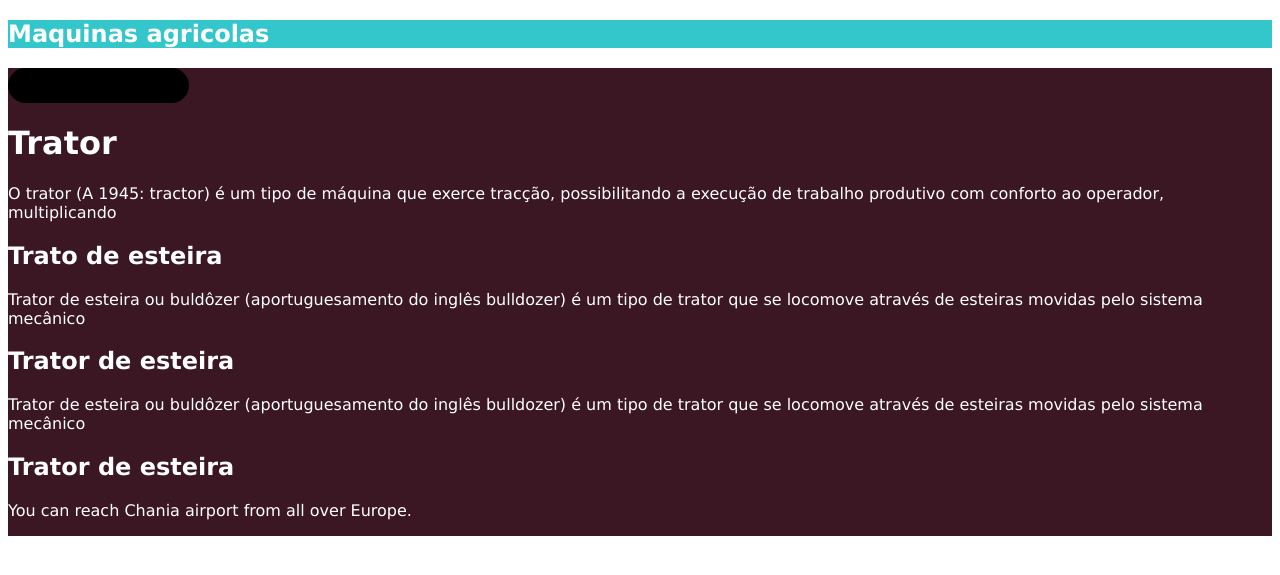
Repository: ecrseer/pesquisa-carros-html
Page: news.html
These files come from the project's save history. The page is drawn as it stood at one moment and after a run of saves; the edit follows.
The browser window is 1280 px wide. The pictures show the whole page.

Above is the page before, as saved 2022-01-21 16:18:53.
Console error: TypeError: Cannot read properties of undefined (reading 'fn')

After the next 3 saves:
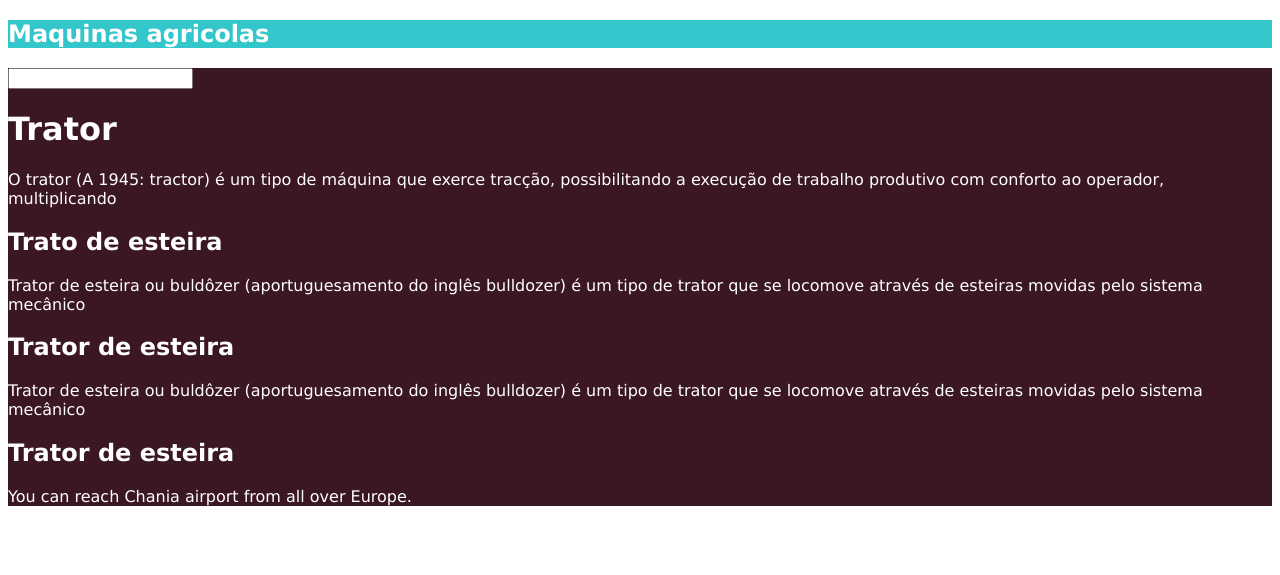
The 3 saves are shown as one change because they came seconds apart.
The last was saved 12 s later.
--- a/news.css
+++ b/news.css
@@ -7,25 +7,6 @@
     font-family: "Lucida Sans", sans-serif;
   }
 
-  .entr{
-    border-radius: 23px;
-    display: grid;
-    height: 35px;
-    background-color: black;
-    border: none;
-
-    text-align: center;
-    outline: none;
-  }
-  .entr:hover{
-    background-color: #3a1722 ;
-  }
-
-  .row::after {
-    content: "";
-    clear: both;
-    display: table;
-  }
 
 
 
